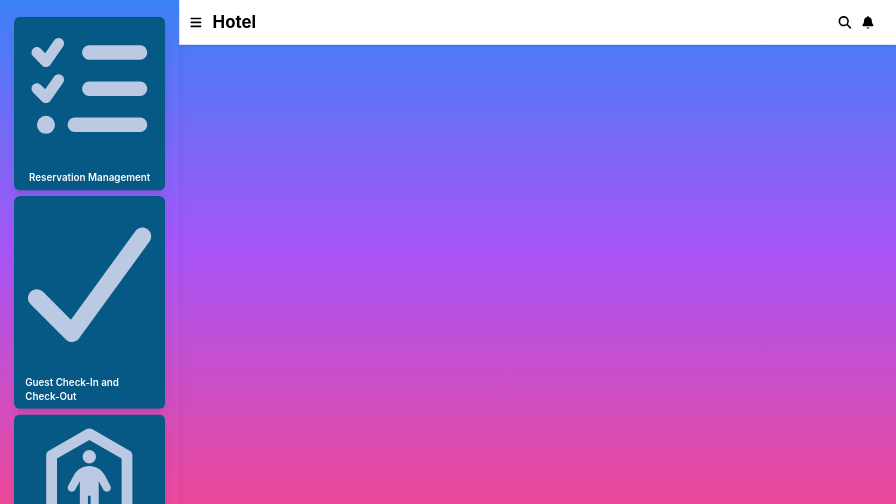
Repository: musabismael/Hotel
Page: /
These files come from the project's save history. The page is drawn as it stood at one moment and after a run of saves; the edit follows.
The browser window is 1280 px wide. The pictures show the part of the page from y = 0 to 1920 px (the page is 720 px tall before and 3016 px after), at 70% of full size.
The project was rebuilt for these pictures with package versions that can differ from the ones it lists, and the page was loaded fresh each time. Also part of the build but not shown: vite.config.js, src/App.css, src/pages/ReservationManagement.jsx, src/pages/GuestCheckInOut.jsx, src/pages/RoomManagement.jsx, src/pages/BillingPayment.jsx, src/pages/HousekeepingMaintenance.jsx, src/pages/GuestServices.jsx and 6 more.

Above is the page before, as saved 2023-10-01 19:09:54.

### index.html
<!doctype html>
<html lang="en">
  <head>
    <meta charset="UTF-8" />
    <link rel="icon" type="image/svg+xml" href="/vite.svg" />
    <meta name="viewport" content="width=device-width, initial-scale=1.0" />
    <title>Hotel</title>
  </head>
  <body>
    <div id="root"></div>
    <script type="module" src="/src/main.jsx"></script>
  </body>
</html>

### src/App.jsx
import "./App.css";
import { createBrowserRouter } from "react-router-dom";
import { RouterProvider } from "react-router";
import LandingPageLayout from "./layouts/LandingPageLayout";
import ReservationManagement from "./pages/ReservationManagement";
import GuestCheckInOut from "./pages/GuestCheckInOut";
import RoomManagement from "./pages/RoomManagement";
import BillingPayment from "./pages/BillingPayment";
import HousekeepingMaintenance from "./pages/HousekeepingMaintenance";
import GuestServices from "./pages/GuestServices";
import FrontDeskOperations from "./pages/FrontDeskOperations";
import InventoryManagement from "./pages/InventoryManagement";
import ReportingAnalytics from "./pages/ReportingAnalytics";
import SecurityAccessControl from "./pages/SecurityAccessControl";
import PointOfSale from "./pages/PointOfSale";
import CRM from "./pages/CRM"; // Import the CRM component
const router = createBrowserRouter([
  {
    path: "/",
    element: <LandingPageLayout />,
    children: [
      {
        path: "/reservation_management",
        element: <ReservationManagement />,
      },
      {
        path: "/guestCheckInOut",
        element: <GuestCheckInOut />,
      },
      {
        path: "/billing_and_payment",
        element: <BillingPayment />,
      },
      {
        path: "/room_management",
        element: <RoomManagement />,
      },
      {
        path: "/housekeeping_maintenance",
        element: <HousekeepingMaintenance />,
      },
      {
        path: "/guest_services",
        element: <GuestServices />,
      }, {
        path: "/desk_operations",
        element: <FrontDeskOperations />,
      }, {
        path: "/security_control",
        element: <SecurityAccessControl />,
      },
      {
        path: "/reporting_and_analytics",
        element: <ReportingAnalytics />,
      }, {
        path: "/inventory_management",
        element: <InventoryManagement />,
      },
      {
        path: "/pos",
        element: <PointOfSale />,
      },
      {
        path: "/crm",
        element: <CRM />,
      },
    ],
  },
]);

const App = () => <RouterProvider router={router} />;
export default App;

### src/index.css
@tailwind base;
@tailwind components;
@tailwind utilities;

:root {
  font-family: Inter, system-ui, Avenir, Helvetica, Arial, sans-serif;
  line-height: 1.5;
  font-weight: 400;
  background-image: url("cover.jpeg"), url("cover.jpeg");
  background-color:#397398;

  font-synthesis: none;
  text-rendering: optimizeLegibility;
  -webkit-font-smoothing: antialiased;
  -moz-osx-font-smoothing: grayscale;
  -webkit-text-size-adjust: 100%;
}

### src/layouts/LandingPageLayout.jsx
import { Outlet } from "react-router";
import Header from "../component/Header";
import Sidebar from "../component/Sidebar";
const LandingPageLayout = () => {
  return (
    <div className="flex bg-gradient-to-b from-blue-500 via-purple-500 to-pink-500">
      <Sidebar />

      <div className="flex-1">
        <Header />
        <main className="p-4">
          <Outlet />
        </main>
      </div>
    </div>
  );
};

export default LandingPageLayout;

### src/component/Header.jsx
import { FontAwesomeIcon } from "@fortawesome/react-fontawesome";
import { faBars, faBell, faSearch } from "@fortawesome/free-solid-svg-icons";

function Header() {
  return (
    <header className="bg-white shadow-md p-4 flex justify-between items-center sticky top-0 w-full  ">
      <div className="flex items-center">
        <FontAwesomeIcon
          icon={faBars}
          className="text-black mr-4 text-lg color"
        />
        <h1 className="text-2xl font-bold text-black">Hotel</h1>
      </div>
      <div className="flex items-center">
        <FontAwesomeIcon icon={faSearch} className="text-black text-lg mr-4" />
        <FontAwesomeIcon icon={faBell} className="text-black text-lg mr-4" />

        {/* Add other icons or elements on the right side here */}
      </div>
    </header>
  );
}

export default Header;

### src/component/Sidebar.jsx
import Card from "./Card";
import {
  faPersonShelter,
  faListCheck,
  faCheck,
  faMoneyBill,
  faScrewdriverWrench,
  faHeadphones,
  faComputer,
  faCartFlatbed,
  faPersonMilitaryPointing,
  faChartBar,
  faKey,
  faBookmark,
} from "@fortawesome/free-solid-svg-icons";

const Sidebar = () => {
  const cardData = [
    {
      id: 1,
      title: "Reservation Management",
      description:
        "Online booking, availability calendar, and booking modification.",
      icon: faListCheck,
      link: "/reservation_management",
    },
    {
      id: 2,
      title: "Guest Check-In and Check-Out",
      description: "Guest registration, check-out, and key card issuance.",
      icon: faCheck,
      link: "/GuestCheckInOut",
    },
    {
      id: 3,
      title: "Room Management",
      description: "Room assignment, status updates, and inventory tracking.",
      icon: faPersonShelter,
      link: "/room_Management",
    },
    {
      id: 4,
      title: "Billing and Payment",
      description: "Invoicing, payment processing, and split billing.",
      icon: faMoneyBill,
      link: "/billing_and_payment",
    },
    {
      id: 5,
      title: "Housekeeping / Maintenance",
      description:
        "Housekeeping schedule, maintenance requests, and inventory management.",
      icon: faScrewdriverWrench,
      link: "/housekeeping_maintenance",
    },
    {
      id: 6,
      title: "Guest Services",
      description:
        "Concierge services, room service, wake-up calls, and laundry services.",
      icon: faHeadphones,
      link: "/guest_services",
    },
    {
      id: 7,
      title: "Front Desk Operations",
      description: "Guest inquiries, check-in/out, and guest profile access.",
      icon: faComputer,
      link: "/desk_operations",
    },
    {
      id: 8,
      title: "Inventory Management",
      description: "Managing hotel supplies and amenities.",
      icon: faCartFlatbed,
      link: "/inventory_management",
    },
    {
      id: 9,
      title: "Reporting and Analytics",
      description: "Generate reports on occupancy, revenue, and key metrics.",
      icon: faChartBar,
      link: "/reporting_and_analytics",
    },

    {
      id: 10,
      title: "Security and Access Control",
      description: "Surveillance camera integration and access control.",
      icon: faKey,
      link: "/security_control",
    },
    {
      id: 11,
      title: "Point of Sale (POS)",
      description:
        "Integration with on-site restaurants, bars, and gift shops.",
      icon: faBookmark,
      link: "/pos",
    },

    {
      id: 12,
      title: "Customer Relationship Management (CRM)",
      description: "Guest profiles, preferences, and loyalty programs.",
      icon: faPersonMilitaryPointing,
      link: "/crm",
    },

    // Add more service/feature objects here
  ];

  const handleCardClick = (id) => {
    console.log(`Card with ID ${id} clicked`);
  };
  return (
          <aside className="p-4 w-1/5 h-screen overflow-y-auto bg-gradient-to-b from-blue-500 via-purple-500 to-pink-500 shadow-lg">

      <nav>
        {cardData.map((card) => (
          <Card
            key={card.id}
            link={card.link}
            icon={card.icon}
            title={card.title}
            onClick={() => handleCardClick(card.id)}
          />
        ))}
      </nav>
    </aside>
  );
};

export default Sidebar;

### src/component/Card.jsx
import { Link } from "react-router-dom";
import { FontAwesomeIcon } from "@fortawesome/react-fontawesome";
function Card({ link, icon, title, onClick }) {
  return (
    <div
      className="max-w-sm  mx-1 my-2 cursor-pointer shadow-lg rounded-lg overflow-hidden hover:shadow-xl transition duration-300 transform hover:scale-105"
      onClick={onClick}
    >
      <div className="bg-sky-800 rounded-lg overflow-hidden shadow-lg flex flex-col items-center justify-center">
        <Link to={link} className="text-blue-600 hover:text-blue-800">
          <FontAwesomeIcon
            icon={icon}
            size="2xs"
            className=" w-auto p-5 h-auto object-cover"
            style={{ color: "#bbc9e2" }}
          />

          <div className="px-4 py-2 items-center">
            <h3 className=" text-white text-sm  flex flex-col text-ellipsis items-center font-semibold">
              {title}
            </h3>
            {/* Add more content or description here if needed */}
          </div>
        </Link>
      </div>
    </div>
  );
}

export default Card;

### tailwind.config.js
/** @type {import('tailwindcss').Config} */
export default {
  content: [
    "./index.html",
    "./src/**/*.{js,ts,jsx,tsx}",
  ],
  theme: {
    extend: {
      fontFamily: {
        'custom': ['CustomFont', 'sans'],
      },
      textColor: {
        'custom': '#333333', // Custom text color
      },
    },
  },
  plugins: [],
}

Loaded but not shown: src/main.jsx (common file)

After the next 4 saves:
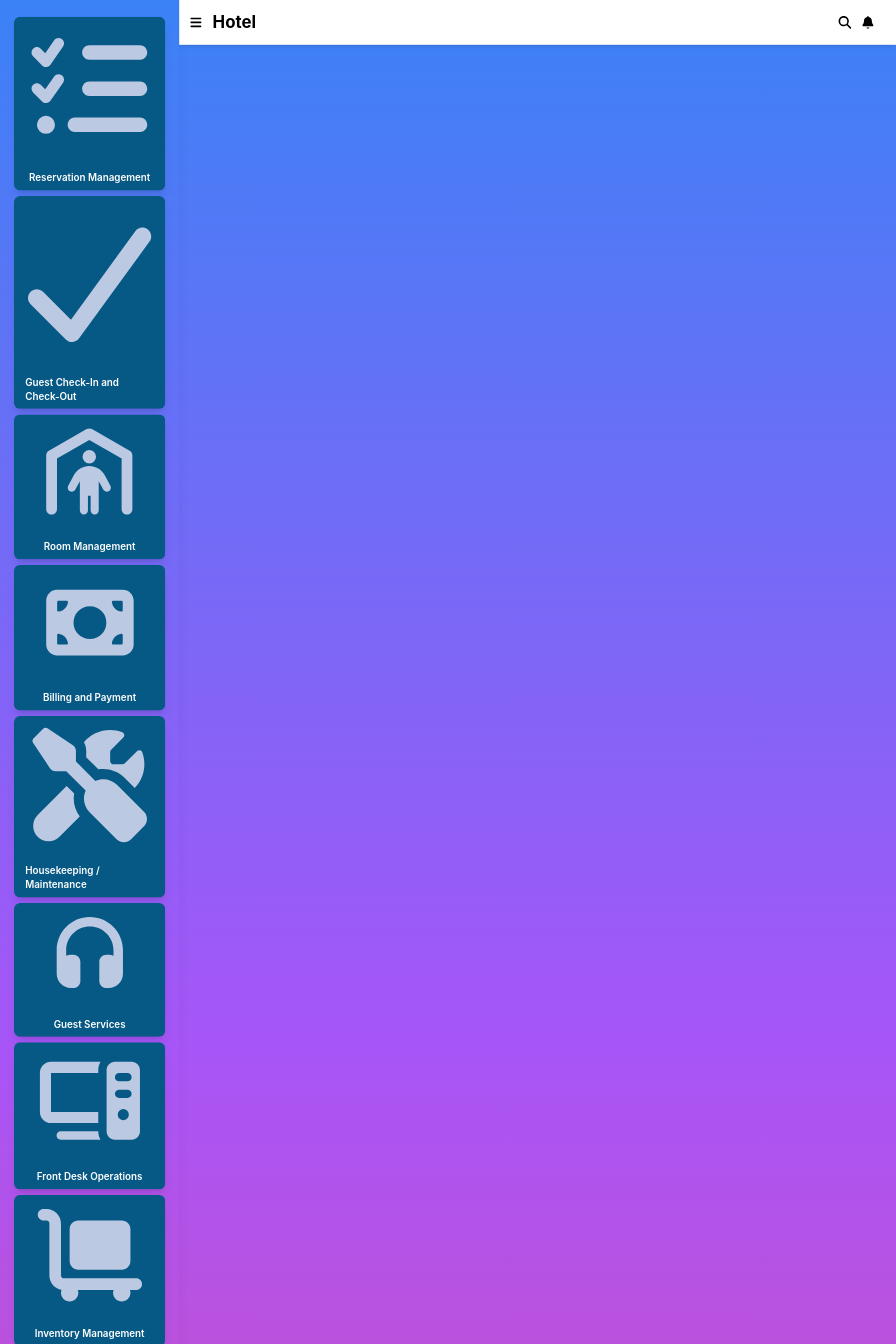
The 4 saves are shown as one change because 1 did not build or start and some came seconds apart.
The last was saved 18 s later.
--- a/src/component/Sidebar.jsx
+++ b/src/component/Sidebar.jsx
@@ -114,7 +114,7 @@ const Sidebar = () => {
     console.log(`Card with ID ${id} clicked`);
   };
   return (
-          <aside className="p-4 w-1/5 h-screen overflow-y-auto bg-gradient-to-b from-blue-500 via-purple-500 to-pink-500 shadow-lg">
+          <aside className="p-4 w-1/5 min-h-screen overflow-y-auto bg-gradient-to-b from-blue-500 via-purple-500 to-pink-500 shadow-lg">
 
       <nav>
         {cardData.map((card) => (
